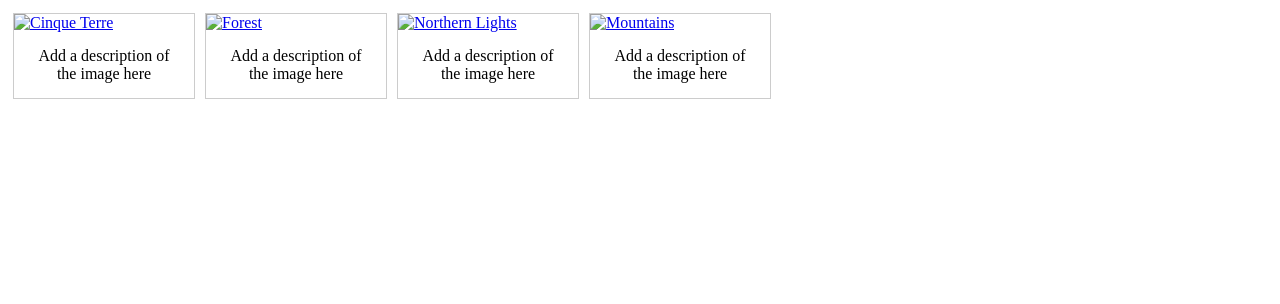
Repository: vichubenzene/-MWin_ui
Page: main.html
An editor plug-in stored every save of this project. The page is shown before and after the next save, followed by the edit.
The browser window is 1280 px wide. The pictures show the whole page.

Above is the page before, as saved 2022-10-09 11:34:39.
Not found: img_5terre.jpg
Not found: img_forest.jpg
Not found: img_lights.jpg

After the next save:
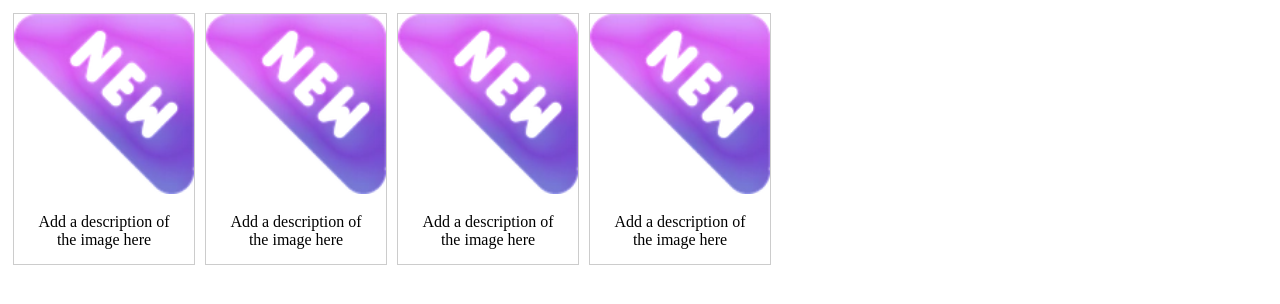
Saved 29 s later.
--- a/main.html
+++ b/main.html
@@ -30,28 +30,28 @@
 
     <div class="gallery">
         <a target="_blank" href="img_5terre.jpg">
-            <img src="img_5terre.jpg" alt="Cinque Terre" width="600" height="400">
+            <img src="images/834535415628562442 (1).png" alt="Cinque Terre" width="600" height="400">
         </a>
         <div class="desc">Add a description of the image here</div>
     </div>
 
     <div class="gallery">
         <a target="_blank" href="img_forest.jpg">
-            <img src="img_forest.jpg" alt="Forest" width="600" height="400">
+            <img src="images/834535415628562442 (1).png" alt="Forest" width="600" height="400">
         </a>
         <div class="desc">Add a description of the image here</div>
     </div>
 
     <div class="gallery">
         <a target="_blank" href="img_lights.jpg">
-            <img src="img_lights.jpg" alt="Northern Lights" width="600" height="400">
+            <img src="images/834535415628562442 (1).png" alt="Northern Lights" width="600" height="400">
         </a>
         <div class="desc">Add a description of the image here</div>
     </div>
 
     <div class="gallery">
         <a target="_blank" href="img_mountains.jpg">
-            <img src="img_mountains.jpg" alt="Mountains" width="600" height="400">
+            <img src="images/834535415628562442 (1).png" alt="Mountains" width="600" height="400">
         </a>
         <div class="desc">Add a description of the image here</div>
     </div>
